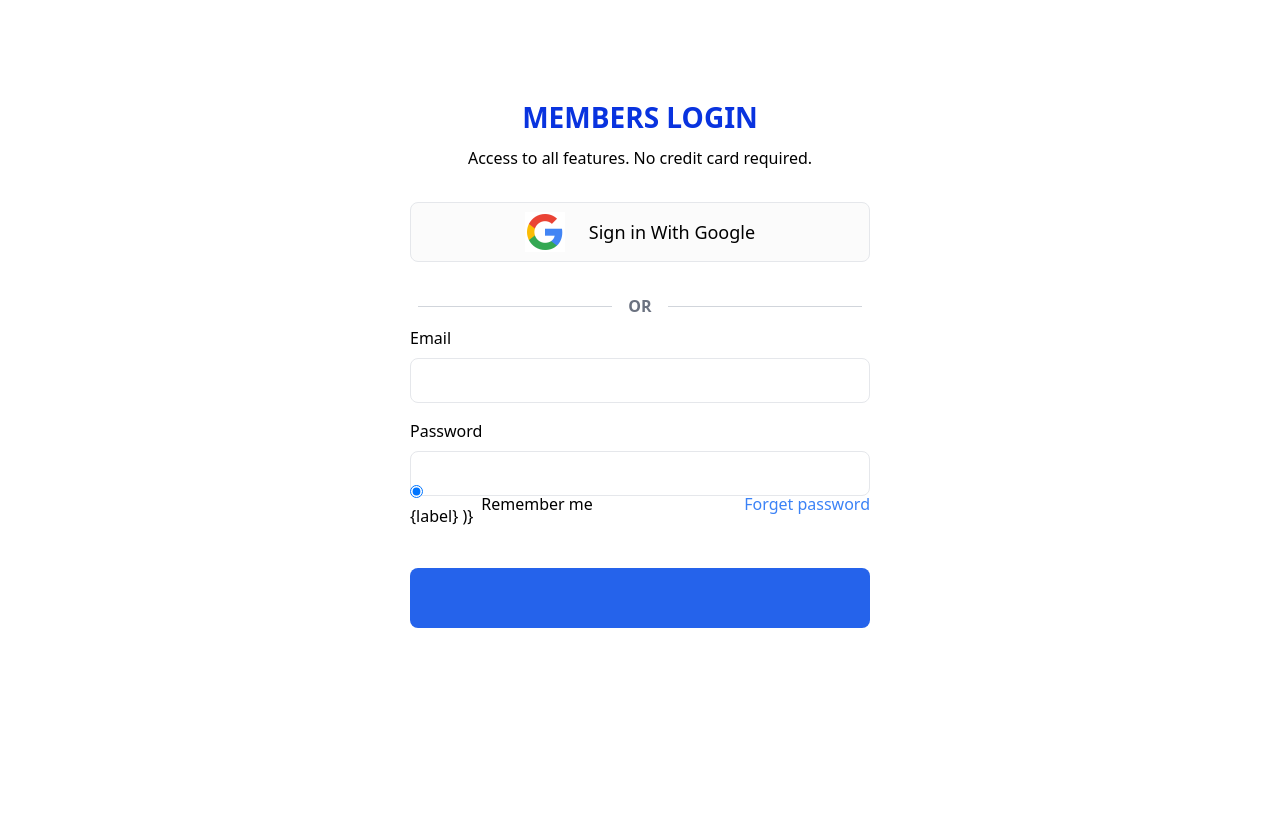
Repository: MaramMaryam/login
Page: login.html
These files come from the project's save history. The page is drawn as it stood at one moment and after the next save; the edit follows.
The browser window is 1280 px wide. The pictures show the whole page.
Some web libraries are served in a nearby version.

Above is the page before, as saved 2023-06-29 11:54:11.

### login.html
<!DOCTYPE html>
<html lang="en">

<head>
    <meta charset="UTF-8">
    <meta http-equiv="X-UA-Compatible" content="IE=edge">
    <meta name="viewport" content="width=device-width, initial-scale=1.0">
    <!-- <link href="https://cdn.jsdelivr.net/npm/tailwindcss@2.2.15/dist/tailwind.min.css" rel="stylesheet"> -->
    <script src="https://cdn.tailwindcss.com"></script>
    <title>Login</title>
</head>

<body>
    <section class="flex items-center flex-col min-h-screen mt-24 w-full max-w-[460px] text-left m-auto">
        <h2 class="text-[#0933DF] uppercase font-bold text-[28px]">
            <!-- Login Title -->
            MEMBERS LOGIN
        </h2>
        <p class="font-light mt-2">
            <!-- Login Description -->
            Access to all features. No credit card required.
        </p>
        <button
            class="w-full h-[60px] bg-[#FBFBFB] border border[#E3E3E3] rounded-lg flex items-center justify-center my-8">
            <!-- Google Icon (SVG or Image tag) -->
            <svg class="google-icon" xmlns="http://www.w3.org/2000/svg" xmlns:xlink="http://www.w3.org/1999/xlink"
                width="40" height="40" viewBox="0 0 40 40">
                <image id="g-logo" width="40" height="40"
                    xlink:href="data:[embedded picture, 2386 characters]">
                </image>
            </svg>
            <span class="text-lg font-light ml-6">
                <!-- Google Register Label -->
                Sign in With Google
            </span>
        </button>
        <div class="flex items-center w-full">
            <div class="flex-grow border-t border-gray-300 mx-2"></div>
            <span class="text-gray-500 mx-2 font-semibold">
                <!-- OR Text -->
                OR
            </span>
            <div class="flex-grow border-t border-gray-300 mx-2"></div>
        </div>
        <form class="w-full">
            <div class=" my-2">
                <div class="flex flex-col">
                    <label class="mb-2">Email</label>
                    <div class="flex bg-white items-center border border-alto-main rounded-[8px] h-[45px]">
                        <input class="bg-transparent border-none w-full h-full p-2 outline-none" />
                    </div>
                </div>
            </div>
            <div class="h-[45px] my-4">
                <div class="flex flex-col">
                    <label class="mb-2">Password</label>
                    <div class="flex bg-white items-center border border-alto-main rounded-[8px] h-[45px]">
                        <input class="bg-transparent border-none w-full h-full p-2 outline-none" />
                    </div>
                </div>
            </div>
            <div class="flex items-center justify-between my-2">
                <label class="flex items-center cursor-pointer">
                    <div className={`flex items-center`}>
                        <div
                            onClick={onClick}
                            className={`cursor-pointer outline-none w-[24px] h-[24px] border border-alto-main p-[2px] ${
                                shape === "square" ? "rounded-[8px]" : "rounded-[100%]"
                            } ${className}`}
                        >
                            <div
                                className={`w-full h-full ${
                                    shape === "square" ? "rounded-[4px]" : "rounded-[100%]"
                                } ${checked ? "bg-[#3F8BEE]" : "bg-transparent"} `}
                            >
                                <input className="hidden" type="radio" checked={checked} />
                            </div>
                        </div>
                            <label
                                htmlFor="radio-button"
                                className={`ml-2 text-[14px] font-n`}
                            >
                                {label}
                            </label>
                        )}
                    </div>
                    <span class="ml-2">Remember me</span>
                </label>
                <a href="/" class="text-blue-500">
                    Forget password
                </a>
            </div>
            <button class="h-[60px] w-full bg-blue-600 hover:opacity-80 mt-8 text-white uppercase rounded-lg" disabled>
                <!-- Login Label -->
            </button>
            <p class="my-8 font-light text-center">
                <!-- Have Account Text -->
                <a href="/register/create" class="text-blue-600 font-normal">
                    <!-- Create Account Label -->
                </a>
            </p>
        </form>
    </section>
</body>

</html>

After the next save:
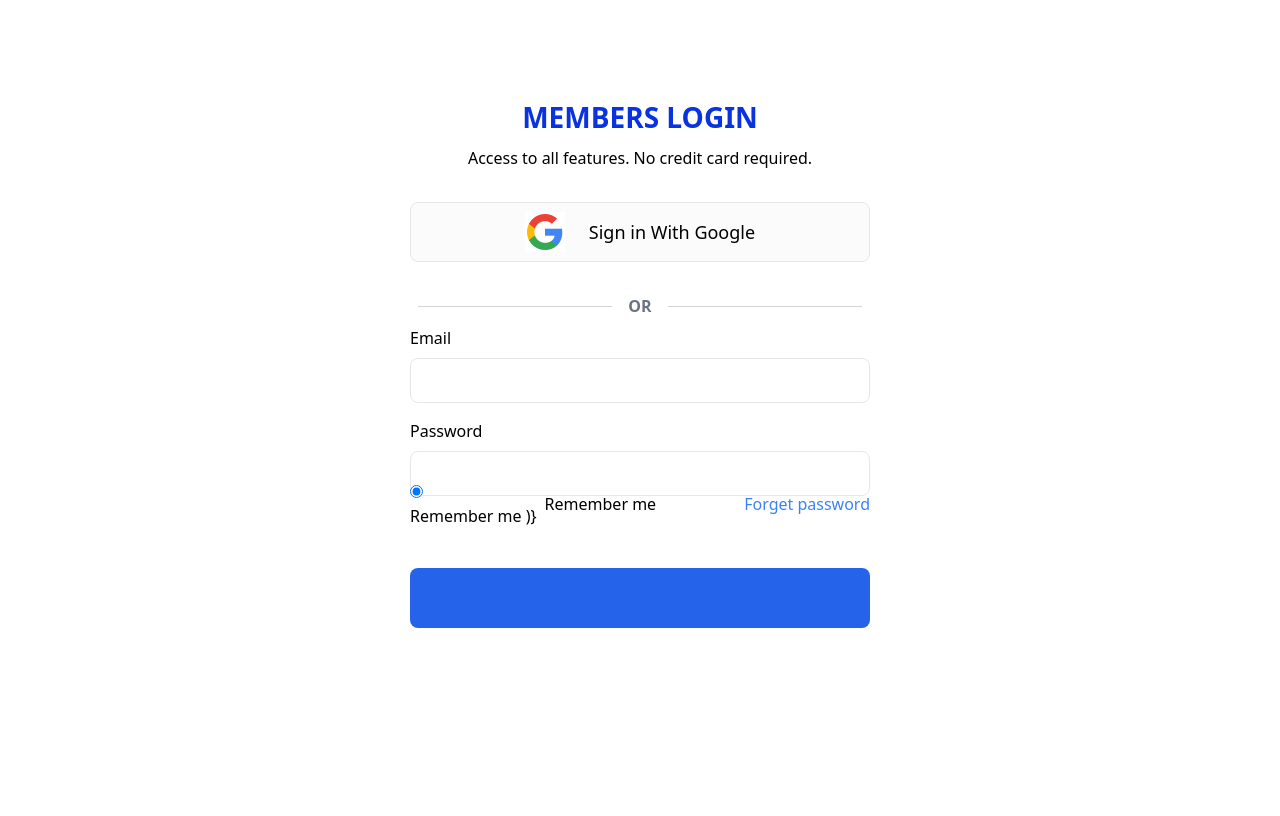
Saved 9 s later.
--- a/login.html
+++ b/login.html
@@ -80,7 +80,7 @@
                                 htmlFor="radio-button"
                                 className={`ml-2 text-[14px] font-n`}
                             >
-                                {label}
+                            Remember me
                             </label>
                         )}
                     </div>
